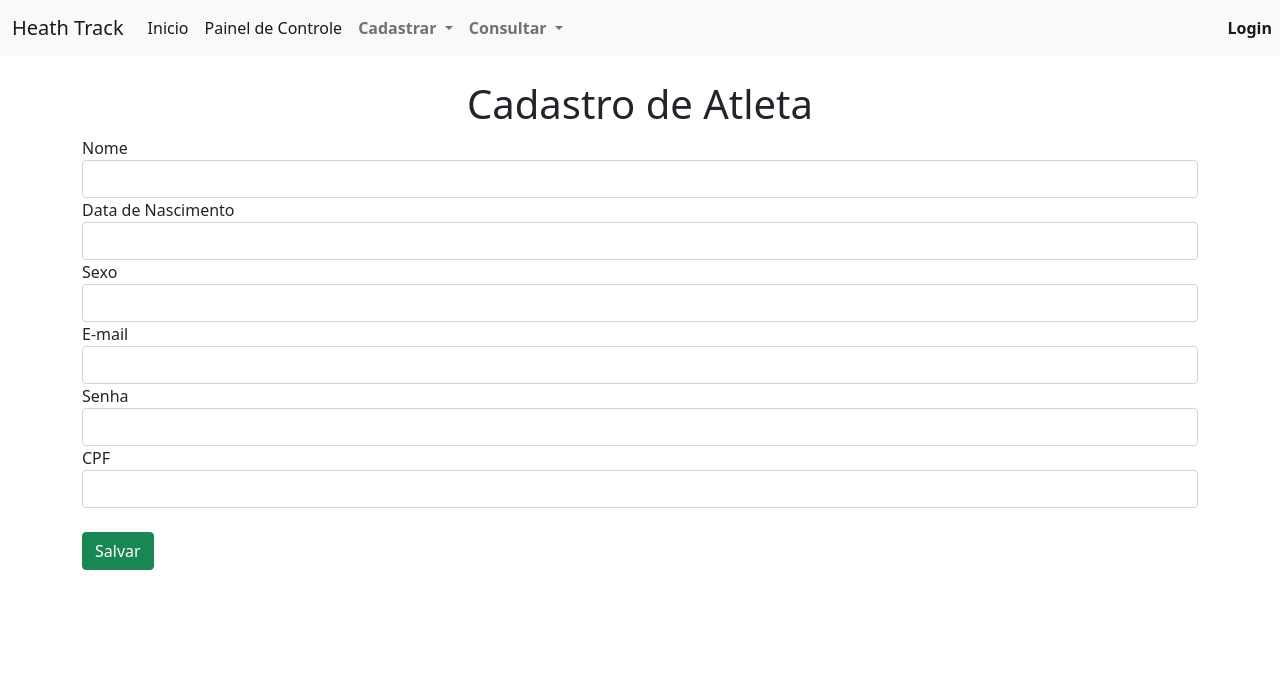
Repository: FellipySantos/HealthTrack_Finalizado
Page: http://localhost/JSPs/cadastro-atleta.jsp
An editor plug-in stored every save of this project. The page is shown before and after the next save, followed by the edit.
The browser window is 1280 px wide. The pictures show the whole page.
The page is served by Tomcat 9.

Above is the page before, as saved 2021-11-22 01:24:24.

After the next save:
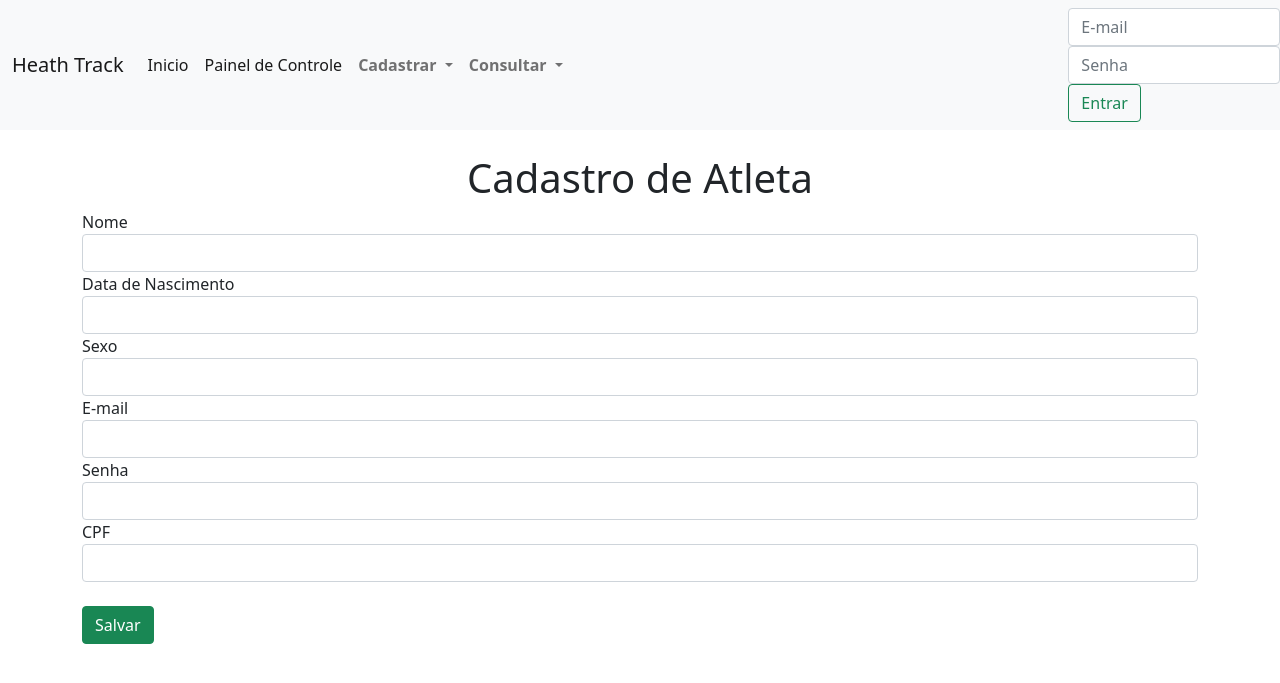
Saved 4 min 32 s later.
--- a/JSP/JSPs/WebContent/menu.jsp
+++ b/JSP/JSPs/WebContent/menu.jsp
@@ -51,11 +51,14 @@
           </div>
 
         </div>
-        <div class="collapse navbar-collapse" id="navbarSupportedContent">
-          <ul class="navbar-nav me-auto mb-2 mb-lg-0">
-            <li class="nav-item">
-              <b><a class="nav-link active" aria-current="page" href="#">Login</a></b>
-            </li>
+	    <span class="navbar-text text-danger" style="margin-right:10px" >
+	        ${erro }
+	  	</span>
+	    <form class="form-inline my-2 my-lg-0" action="login" method="post">
+	    	  <input class="form-control mr-sm-2" type="text" name="email" placeholder="E-mail">
+	      <input class="form-control mr-sm-2" type="password" name="senha" placeholder="Senha">
+	      <button class="btn btn-outline-success my-2 my-sm-0" type="submit">Entrar</button>
+	    </form>
             </ul>
             </div>
 
